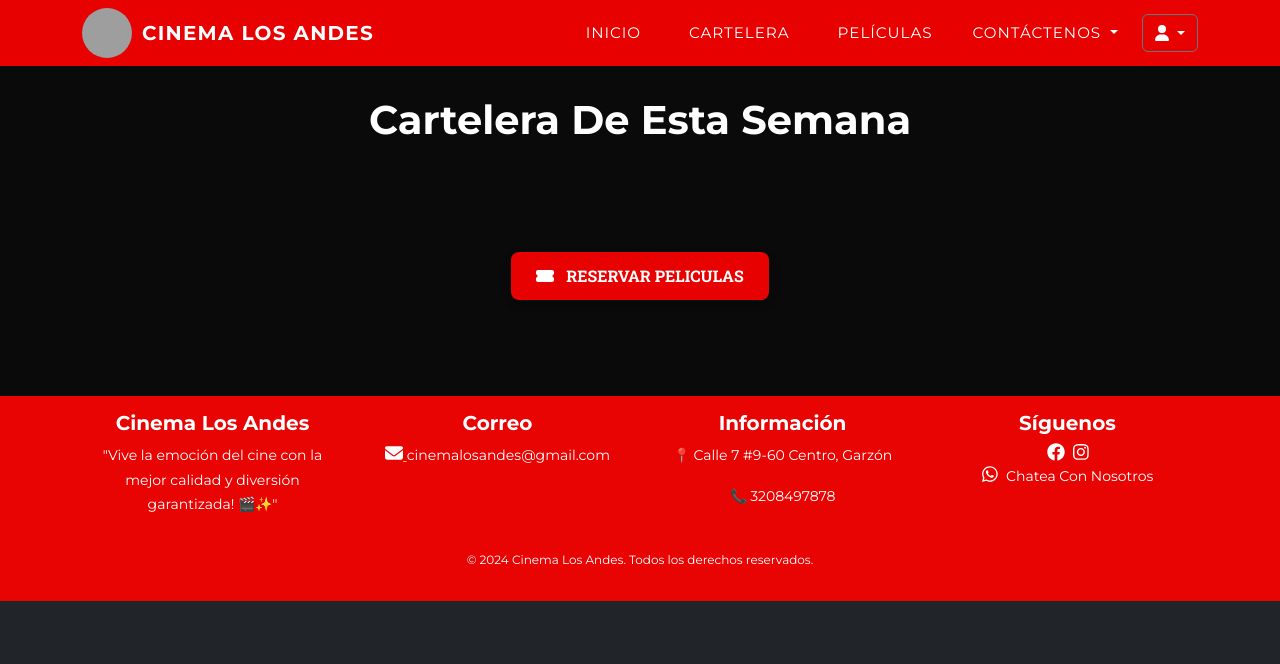
Repository: FelipeADSO/PROYECTO-SENA-FINAL
Page: cinema/templates/cartelera.html
These files come from the project's save history. The page is drawn as it stood at one moment and after the next save; the edit follows.
The browser window is 1280 px wide. The pictures show the whole page.
Pictures or frames that could not be fetched are drawn as grey boxes. Some web libraries are served in a nearby version. The template is drawn by Django 5.2. The application's start-up code is not run. Other server files are loaded and not shown. The template is opened directly, without the code that normally fills it, so the values that code supplies are empty.

Above is the page before, as saved 2025-03-06 07:22:52.

### cinema/templates/cartelera.html
{% extends 'base.html' %}
{% load static %}

{% block style %}
<link href="{% static 'css/style.css' %}" rel="stylesheet"/>
<style>
  /* Estilos del cuerpo de las modales */
  .modal-body {
    text-align: center;
  }

  .close-modal {
    position: absolute;
    top: 15px;
    right: 15px;
    cursor: pointer;
}
  .modal-body h2 {
    font-size: 24px;
    font-weight: bold;
    margin-bottom: 10px;
  }

  .modal-body p {
    font-size: 16px;
    color: #333;
  }

  .modal-body iframe {
    width: 100%;
    max-width: 560px;
    height: 315px;
    margin-bottom: 15px;
  }

  /* Estilos del botón de reservar */
  .btn-reservar {
    display: inline-block;
    background: #dc3545;
    color: white;
    font-size: 16px;
    font-weight: bold;
    padding: 12px 25px;
    border: none;
    border-radius: 8px;
    text-transform: uppercase;
    transition: all 0.3s ease-in-out;
    text-decoration: none;
    box-shadow: 0px 4px 8px rgba(0, 0, 0, 0.3);
    margin-top: 20px;
  }

  .btn-reservar:hover {
    background: #bb2d3b;
    transform: scale(1.05);
  }

  /* Icono dentro del botón */
  .btn-reservar i {
    font-size: 16px;
  }
  .descripcion-pelicula {
  text-align: justify;
  }
</style>
{% endblock %}

{% block content %}

  {% for pelicula in peliculas %}
  <div class="portfolio-modal modal fade" id="portfolioModal{{ pelicula.id }}" tabindex="-1" role="dialog" aria-hidden="true">
    <div class="modal-dialog">
        <div class="modal-content">
            <div class="close-modal" data-bs-dismiss="modal">
                <img src="{% static 'assets/img/close-icon.svg' %}" alt="Close modal" />
                <!-- O también puedes usar el icono de FontAwesome aquí si prefieres -->
                <i class="fas fa-xmark"></i>
            </div>
            <div class="container">
                <div class="row justify-content-center">
                    <div class="col-lg-8">
                        <div class="modal-body">
                            <h2 style="color: #000;">{{ pelicula.titulo }}</h2>
                            <p class="item-intro text-muted"></p>
                            <iframe class="d-block mx-auto" width="560" height="315" src="{{ pelicula.trailer_url }}" title="YouTube video player" frameborder="0" allow="accelerometer; autoplay; clipboard-write; encrypted-media; gyroscope; picture-in-picture; web-share" referrerpolicy="strict-origin-when-cross-origin" allowfullscreen></iframe>
                            <p class="descripcion-pelicula" style="color: #000;">{{ pelicula.descripcion }}</p>
                            <p style="color: #000; font-weight: bold;">Horario: {{ pelicula.horario }}</p>
                            <ul class="list-inline">
                                <div class="con" style="display: flex; flex-direction: row; justify-content: center; color: #000;">
                                {% for i in "12345" %}
                                    {% if forloop.counter <= pelicula.calificacion %}
                                    <li><i class="fa fa-star check"></i></li>
                                    {% else %}
                                    <li><i class="fa fa-star"></i></li>
                                    {% endif %}
                                {% endfor %}
                                </div>
                                <li>
                                    <strong style="color: #000;">Categoria: {{ pelicula.categoria }}</strong>
                                </li>
                            </ul>
                            <button class="btn btn-danger btn-xl text-uppercase" data-bs-dismiss="modal" type="button">
                                <i class="fas fa-xmark me-1"></i>
                                Cerrar
                            </button>
                        </div>
                    </div>
                </div>
            </div>
        </div>
    </div>
</div>
{% endfor %}


  <section class="page-section" style="background-color: rgb(10, 10, 10);" id="portfolio">
      <div class="container">
          <div class="text-center">
              <h2 class="section-heading" style="color: #fff;">Cartelera De Esta Semana</h2>
              <h3 class="section-subheading text-muted"></h3>
          </div>
          <div class="row">
              {% for pelicula in peliculas %}
              <div class="parra col-lg-4 col-sm-6 mb-4">
                  <div class="portfolio-item">
                      <a class="portfolio-link" data-bs-toggle="modal" href="#portfolioModal{{ pelicula.id }}">
                          <div class="portfolio-hover" style="background-color: rgba(255, 0, 0, 0.9);">
                              <div class="portfolio-hover-content"><i class="fas fa-plus fa-3x"></i></div>
                          </div>
                          <img class="img-fluid" src="{{ pelicula.imagen.url }}" alt="{{ pelicula.titulo }}"/>
                      </a>
                      <div class="portfolio-caption">
                          <div class="portfolio-caption-heading" style="color: #000">{{ pelicula.titulo }}</div>
                      </div>
                  </div>
              </div>
              {% endfor %}
          </div>
      </div>
        <div class="container text-center mt-4" >
        <a href="{% url 'reserva' %}" style="background-color:  rgba(255, 0, 0, 0.9);" class="btn btn-reservar">
            <i  class="fas fa-ticket-alt me-2"></i> Reservar Peliculas
        </a>
        </div>
  </section>

  <!-- Botón de Reservar centrado -->


  <script src="https://cdn.jsdelivr.net/npm/bootstrap@5.2.3/dist/js/bootstrap.bundle.min.js"></script>
  <script src="js/scripts.js"></script>
  <script src="https://cdn.startbootstrap.com/sb-forms-latest.js"></script>
  <script src="https://use.fontawesome.com/releases/v6.3.0/js/all.js" crossorigin="anonymous"></script>
{% endblock %}

### cinema/templates/base.html
{% load static %}
<!DOCTYPE html>
<html lang="en">
<head>
    <meta charset="utf-8" />
    <meta name="viewport" content="width=device-width, initial-scale=1, shrink-to-fit=no" />
    <meta name="description" content="" />
    <meta name="author" content="" />
    <title>Cinema Los Andes</title>

    <link rel="shortcut icon" type="image/x-icon" href="{% static '/static/imagenes/Logo.jpeg' %}">
    <link href="https://cdn.jsdelivr.net/npm/bootstrap@5.2.3/dist/css/bootstrap.min.css" rel="stylesheet">
    <link href="https://fonts.googleapis.com/css?family=Montserrat:400,700" rel="stylesheet" type="text/css" />
    <link href="https://fonts.googleapis.com/css?family=Roboto+Slab:400,100,300,700" rel="stylesheet" type="text/css" />
    <link href="https://cdnjs.cloudflare.com/ajax/libs/font-awesome/6.0.0/css/all.min.css" rel="stylesheet">

    <link href="{% static 'css/style.css' %}" rel="stylesheet"/>
    <style>
        .dropdown-menu {
    background-color: red !important; /* Fondo rojo */
}

.dropdown-menu .dropdown-item {
    color: white !important; /* Texto en blanco */
}

.dropdown-menu .dropdown-item:hover {
    background-color: darkred !important; /* Color más oscuro al pasar el mouse */
}
    </style>
    {% block style %} {% endblock %}
</head>

<body class="bg-dark text-white d-flex flex-column min-vh-100">

    <!-- MENÚ NAVBAR REDUCIDO -->
    <nav class="navbar navbar-expand-lg navbar-dark fixed-top" id="mainNav"
    style="background-color: rgba(255, 0, 0, 0.9); font-size: 11px; padding: 8px 0;">
    <div class="container d-flex align-items-center justify-content-between">
        <div class="d-flex align-items-center">
            <a href="{% url 'inicio' %}">
                <img src="{% static 'imagenes/logo.jpeg' %}" alt="Logo"
                    style="width: 50px; height: 50px; margin-right: 10px; border-radius: 50px;">
            </a>
            <a class="navbar-brand fw-bold text-white" style="font-size: 20px;" href="{% url 'inicio' %}">
                Cinema Los Andes
            </a>
        </div>

        <button class="navbar-toggler" type="button" data-bs-toggle="collapse" data-bs-target="#navbarResponsive"
            aria-controls="navbarResponsive" aria-expanded="false" aria-label="Toggle navigation">
            <i class="fas fa-bars ms-1"></i>
        </button>

        <div class="collapse navbar-collapse" id="navbarResponsive">
            <ul class="navbar-nav ms-auto text-uppercase align-items-center">
                <li class="nav-item"><a class="nav-link px-3" href="{% url 'inicio' %}">Inicio</a></li>
                <li class="nav-item"><a class="nav-link px-3" href="{% url 'cartelera' %}">Cartelera</a></li>
                <li class="nav-item"><a class="nav-link px-3" href="{% url 'peliculas' %}">Películas</a></li>

                <!-- Menú Desplegable -->
                <li class="nav-item dropdown">
                    <a class="nav-link dropdown-toggle" href="#" id="dropdownMenuButton" role="button"
                       data-bs-toggle="dropdown" aria-expanded="false">
                        Contáctenos
                    </a>
                    <ul class="dropdown-menu" aria-labelledby="dropdownMenuButton">
                        <li><a class="dropdown-item" href="{% url 'somos' %}">Quienes Somos</a></li>
                        <li><a class="dropdown-item" href="{% url 'contactenos' %}">Contáctenos</a></li>
                    </ul>
                </li>

                {% if user.is_authenticated %}
                    <li class="nav-item d-flex align-items-center">
                        <span class="alert mb-0 text-white px-2 py-1 rounded" style="font-size: 14px; line-height: 1.5;">
                            ¡Bienvenido, {{ user.username }}!
                        </span>
                    </li>
                    {% with total_items=request.user.carritoitem_set.count %}
                    {% if total_items > 0 %}
                    <li class="nav-item me-3">
                        <a href="{% url 'ver_carrito' %}" class="nav-link position-relative">
                            <i class="fa-solid fa-cart-shopping"></i>
                            <span class="badge bg-danger position-absolute top-0 start-100 translate-middle">{{ total_items }}</span>
                        </a>
                    </li>
                    {% endif %}
                    {% endwith %}
                {% endif %}
            </ul>
        </div>

        <div class="dropdown ms-3">
            <a class="btn btn-outline-secondary dropdown-toggle text-white" href="#" role="button"
                id="userDropdown" data-bs-toggle="dropdown" aria-expanded="false">
                <i class="fa-solid fa-user"></i>
            </a>
            <ul class="dropdown-menu dropdown-menu-end" aria-labelledby="userDropdown">
                {% if not user.is_authenticated %}
                    <li><a class="dropdown-item" href="{% url 'login' %}">Iniciar sesión</a></li>
                    <li><a class="dropdown-item" href="{% url 'register' %}">Registrarse</a></li>
                {% else %}
                    <li><a class="dropdown-item" href="{% url 'perfil' %}">Perfil de Usuario</a></li>
                    <li>
                        <form method="post" action="{% url 'logout' %}" class="d-inline">
                            {% csrf_token %}
                            <button type="submit" class="dropdown-item">Cerrar Sesión</button>
                        </form>
                    </li>
                {% endif %}
            </ul>
        </div>
    </div>
</nav>


    <!-- CONTENIDO -->
    {% block content %}
    <div class="container my-auto">
        <!-- Aquí va el contenido de cada página -->
    </div>
    {% endblock %}

    <!-- FOOTER REDUCIDO -->
    <footer class="footer text-center"
        style="background-color: rgba(255, 0, 0, 0.9); font-size: 14px; padding: 15px 0;">
        <div class="container">
            <div class="row">
                <div class="col-md-3">
                    <h5 class="text-white">Cinema Los Andes</h5>
                    <p>"Vive la emoción del cine con la mejor calidad y diversión garantizada! 🎬✨"</p>
                </div>
                <div class="col-md-3">
                    <h5 class="text-white">Correo</h5>
                    <p class="text-white"><a href="mailto:contacto@cinemalosandes.com">
                        <i class="fas fa-envelope" style="color: #fff; font-size: 18px;"></i>
                    </a> cinemalosandes@gmail.com</p>
                </div>
                <div class="col-md-3">
                    <h5 class="text-white">Información</h5>
                    <p class="text-white">📍 Calle 7 #9-60 Centro, Garzón</p>
                    <p class="text-white">📞 3208497878</p>
                </div>
                <div class="col-md-3">
                    <h5 class="text-white">Síguenos</h5>
                    <div class="d-flex justify-content-center gap-2">
                        <a href="https://facebook.com/cinemalosandes" target="_blank">
                            <i class="fab fa-facebook" style="color: #fff; font-size: 18px;"></i>
                        </a>

                        <a href="https://instagram.com/cinemalosandes" target="_blank">
                            <i class="fab fa-instagram" style="color: #fff; font-size: 18px;"></i>
                        </a>
                    </div>
                    <a href="https://wa.me/573208497878" target="_blank"
                        style="color: #fff; text-decoration: none; font-size: 14px;">
                        <i class="fab fa-whatsapp" style="color: #fff; font-size: 18px; margin-right: 5px;"></i> Chatea Con Nosotros
                    </a>
                </div>
            </div>
            <p class="text-white mt-3" style="font-size: 12px;">
                &copy; 2024 Cinema Los Andes. Todos los derechos reservados.
            </p>
        </div>
    </footer>

    <!-- SCRIPTS -->
    <script src="https://kit.fontawesome.com/a076d05399.js" crossorigin="anonymous"></script>
    <script src="https://cdn.jsdelivr.net/npm/bootstrap@5.3.0/dist/js/bootstrap.bundle.min.js"></script>
    <script src="https://cdn.jsdelivr.net/npm/bootstrap@5.2.3/dist/js/bootstrap.bundle.min.js"></script>
    <script src="{% static 'js/scripts.js' %}"></script>
    <script src="https://cdn.startbootstrap.com/sb-forms-latest.js"></script>

</body>
</html>

### cinema/static/js/scripts.js

window.addEventListener('DOMContentLoaded', event => {

    // Navbar shrink function
    var navbarShrink = function () {
        const navbarCollapsible = document.body.querySelector('#mainNav');
        if (!navbarCollapsible) {
            return;
        }
        if (window.scrollY === 0) {
            navbarCollapsible.classList.remove('navbar-shrink')
        } else {
            navbarCollapsible.classList.add('navbar-shrink')
        }

    };

    // Shrink the navbar
    navbarShrink();

    // Shrink the navbar when page is scrolled
    document.addEventListener('scroll', navbarShrink);

    //  Activate Bootstrap scrollspy on the main nav element
    const mainNav = document.body.querySelector('#mainNav');
    if (mainNav) {
        new bootstrap.ScrollSpy(document.body, {
            target: '#mainNav',
            rootMargin: '0px 0px -40%',
        });
    };

    // Collapse responsive navbar when toggler is visible
    const navbarToggler = document.body.querySelector('.navbar-toggler');
    const responsiveNavItems = [].slice.call(
        document.querySelectorAll('#navbarResponsive .nav-link')
    );
    responsiveNavItems.map(function (responsiveNavItem) {
        responsiveNavItem.addEventListener('click', () => {
            if (window.getComputedStyle(navbarToggler).display !== 'none') {
                navbarToggler.click();
            }
        });
    });

});

Loaded but not shown: cinema/static/css/style.css (library)

After the next save:
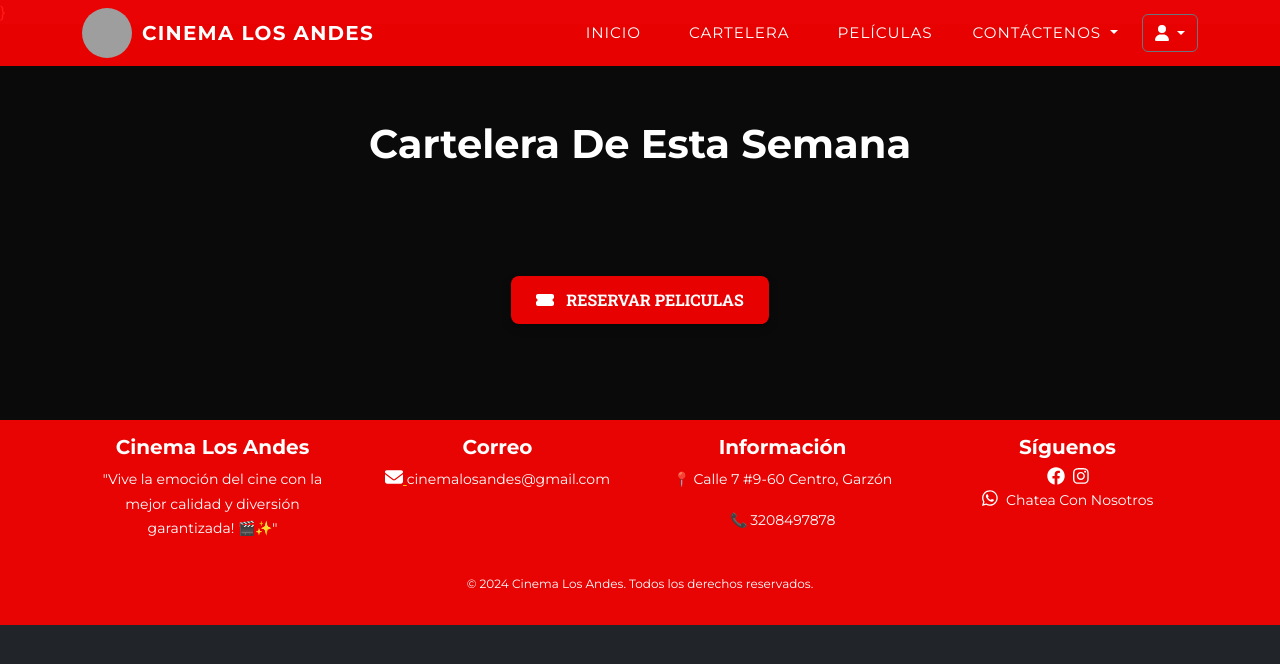
Saved 77 s later.
--- a/cinema/templates/cartelera.html
+++ b/cinema/templates/cartelera.html
@@ -2,7 +2,7 @@
 {% load static %}
 
 {% block style %}
-<link href="{% static 'css/style.css' %}" rel="stylesheet"/>
+<link href="{% static 'css/style.css' %}" rel="stylesheet"/>}
 <style>
   /* Estilos del cuerpo de las modales */
   .modal-body {
